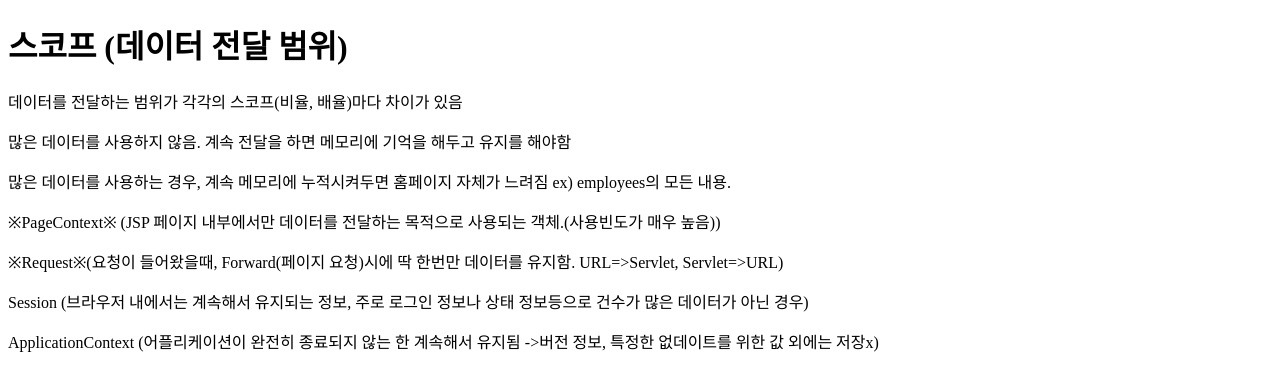
Repository: joeunpyeong/javaA
Page: http://localhost/04.Implicit/Ex01_Request/Ex04_Scope.jsp
The author's editor kept a copy of each file at every save. The page is drawn from the files as they stood at one save, then again after the next save.
The browser window is 1280 px wide. The pictures show the whole page.
The page is served by Tomcat 9.

Above is the page before, as saved 2023-05-22 03:28:28.

### 04.Implicit/src/main/webapp/Ex01_Request/Ex04_Scope.jsp
<%@ page language="java" contentType="text/html; charset=UTF-8"
    pageEncoding="UTF-8"%>
<!DOCTYPE html>
<html>
<head>
<meta charset="UTF-8">
<title>Insert title here</title>
</head>
<body>
	<h1>스코프 (데이터 전달 범위)</h1>
	<p>데이터를 전달하는 범위가 각각의 스코프(비율, 배율)마다 차이가 있음</p>
	<p>많은 데이터를 사용하지 않음. 계속 전달을 하면 메모리에 기억을 해두고 유지를 해야함</p>
	<p>많은 데이터를 사용하는 경우, 계속 메모리에 누적시켜두면 홈페이지 자체가 느려짐 ex) employees의 모든 내용.</p>
	<p>※PageContext※ (JSP 페이지 내부에서만 데이터를 전달하는 목적으로 사용되는 객체.(사용빈도가 매우 높음))</p>
	<p>※Request※(요청이 들어왔을때, Forward(페이지 요청)시에 딱 한번만 데이터를 유지함. URL=>Servlet, Servlet=>URL)</p>
	<p>Session (브라우저 내에서는 계속해서 유지되는 정보, 주로 로그인 정보나 상태 정보등으로 건수가 많은 데이터가 아닌 경우)</p>
	<p>ApplicationContext (어플리케이션이 완전히 종료되지 않는 한 계속해서 유지됨 ->버전 정보, 특정한 없데이트를 위한 값 외에는 저장x)</p>


</body>
</html>

After the next save:
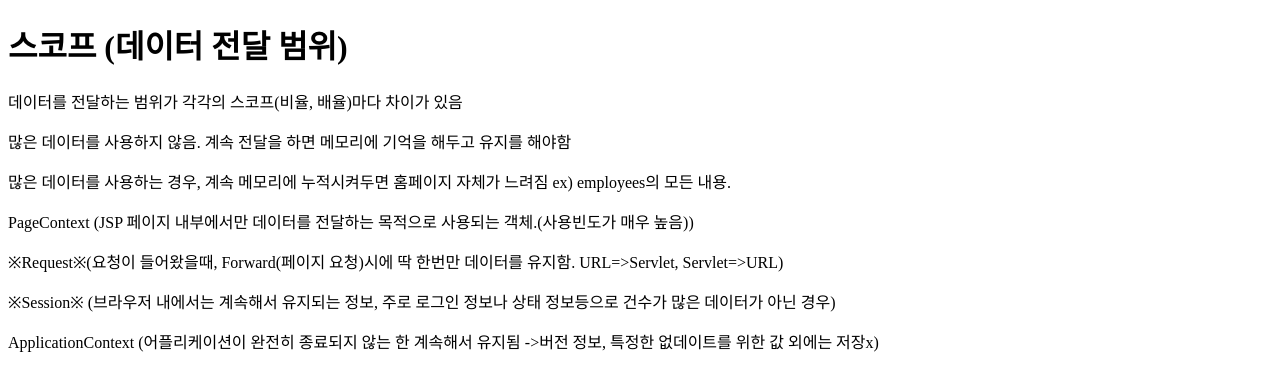
Saved 7 s later.
--- a/04.Implicit/src/main/webapp/Ex01_Request/Ex04_Scope.jsp
+++ b/04.Implicit/src/main/webapp/Ex01_Request/Ex04_Scope.jsp
@@ -11,9 +11,9 @@
 	<p>데이터를 전달하는 범위가 각각의 스코프(비율, 배율)마다 차이가 있음</p>
 	<p>많은 데이터를 사용하지 않음. 계속 전달을 하면 메모리에 기억을 해두고 유지를 해야함</p>
 	<p>많은 데이터를 사용하는 경우, 계속 메모리에 누적시켜두면 홈페이지 자체가 느려짐 ex) employees의 모든 내용.</p>
-	<p>※PageContext※ (JSP 페이지 내부에서만 데이터를 전달하는 목적으로 사용되는 객체.(사용빈도가 매우 높음))</p>
+	<p>PageContext (JSP 페이지 내부에서만 데이터를 전달하는 목적으로 사용되는 객체.(사용빈도가 매우 높음))</p>
 	<p>※Request※(요청이 들어왔을때, Forward(페이지 요청)시에 딱 한번만 데이터를 유지함. URL=>Servlet, Servlet=>URL)</p>
-	<p>Session (브라우저 내에서는 계속해서 유지되는 정보, 주로 로그인 정보나 상태 정보등으로 건수가 많은 데이터가 아닌 경우)</p>
+	<p>※Session※ (브라우저 내에서는 계속해서 유지되는 정보, 주로 로그인 정보나 상태 정보등으로 건수가 많은 데이터가 아닌 경우)</p>
 	<p>ApplicationContext (어플리케이션이 완전히 종료되지 않는 한 계속해서 유지됨 ->버전 정보, 특정한 없데이트를 위한 값 외에는 저장x)</p>
 
 
